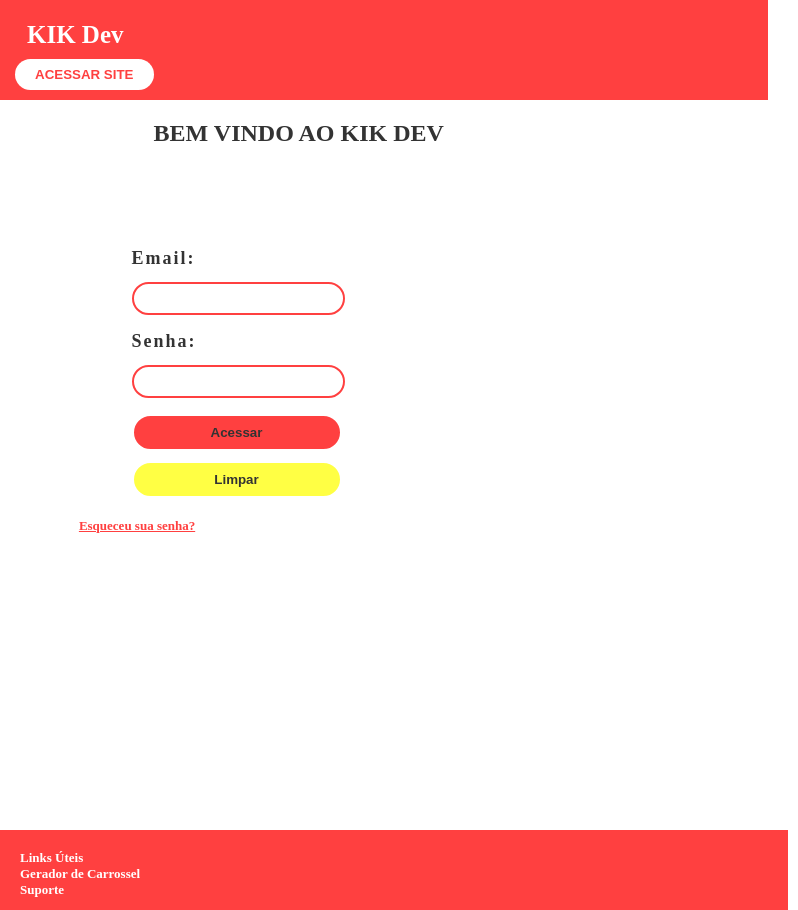
Repository: devgabrielvieira/kikdev
Page: index.html
These files come from the project's save history. The page is drawn as it stood at one moment and after a run of saves; the edit follows.
The browser window is 768 px wide. The page is 788 px wide, then 798 px, so the pictures cover 798 px, including what lies to the right of the window. The pictures show the whole page.

Above is the page before, as saved 2022-10-30 18:40:11.

After the next 2 saves:
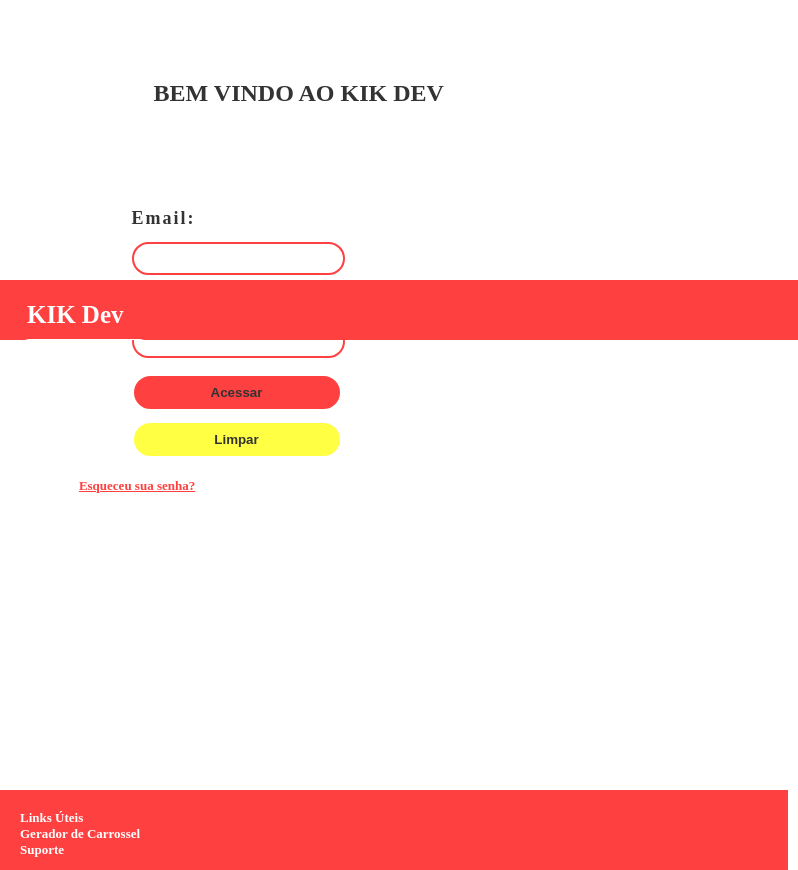
The 2 saves are shown as one change because they came seconds apart.
The last was saved 26 s later.
--- a/style-mobile.css
+++ b/style-mobile.css
@@ -17,6 +17,13 @@
         overflow: hidden;
         background-color: #FF4040;
         padding: 10px 15px;
+
+        display: block;
+        position: relative;
+        height: 2.5rem;
+        width: 100%;
+        bottom: -280px;
+
     }
 
     .header a {
